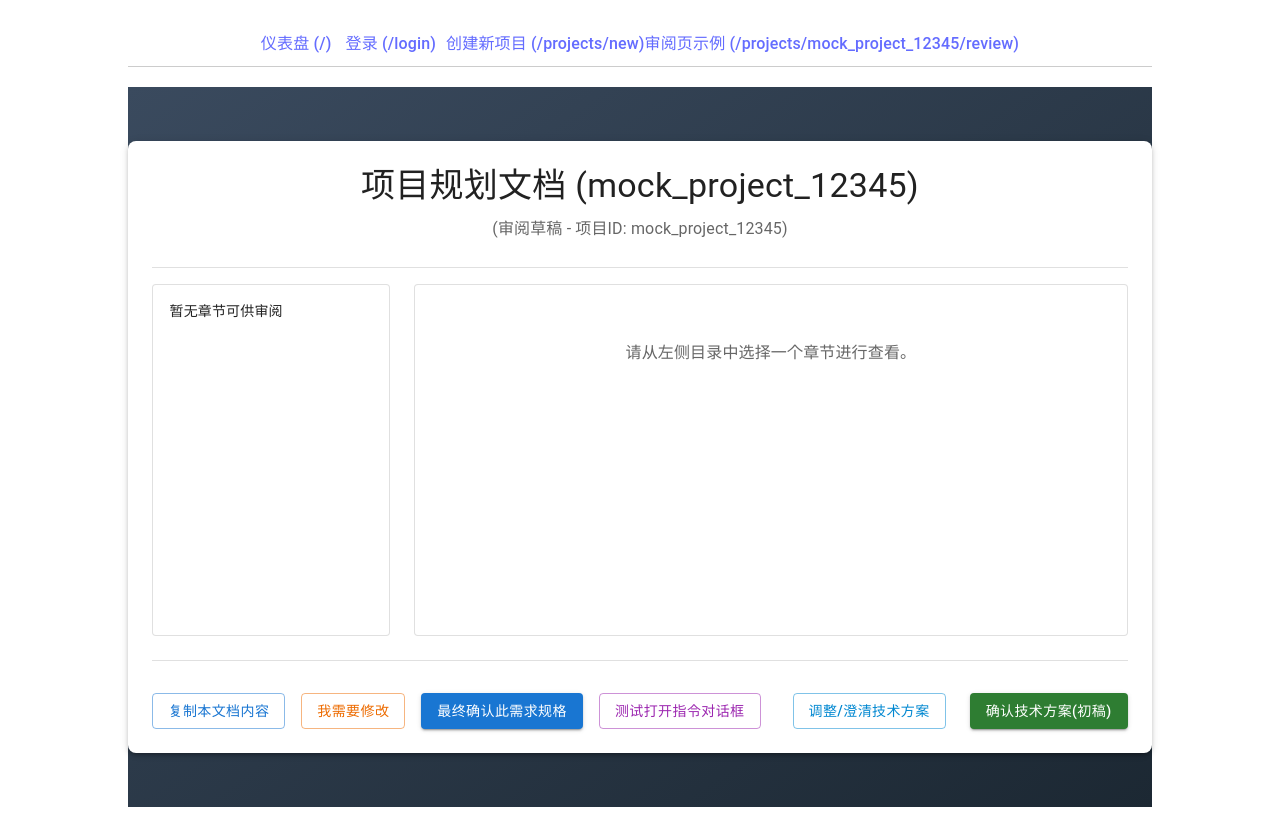
Repository: deloog/aipa
Page: /projects/mock_project_12345/review
An editor plug-in stored every save of this project. The page is shown before and after a run of saves, followed by the edit.
The browser window is 1280 px wide. The pictures show the whole page.
The project was rebuilt for these pictures with package versions that can differ from the ones it lists, and the page was loaded fresh each time. Also part of the build but not shown: vite.config.ts, src/pages/LoginPage.tsx, src/pages/DashboardPage.tsx, src/services/project.service.ts, src/services/dialogue.service.ts, src/pages/NewProjectPage.tsx, src/pages/DialoguePage.tsx, src/components/instructions/InstructionItem.tsx and 1 more.

Above is the page before, as saved 2025-05-28 20:16:52.

After the next 2 saves:
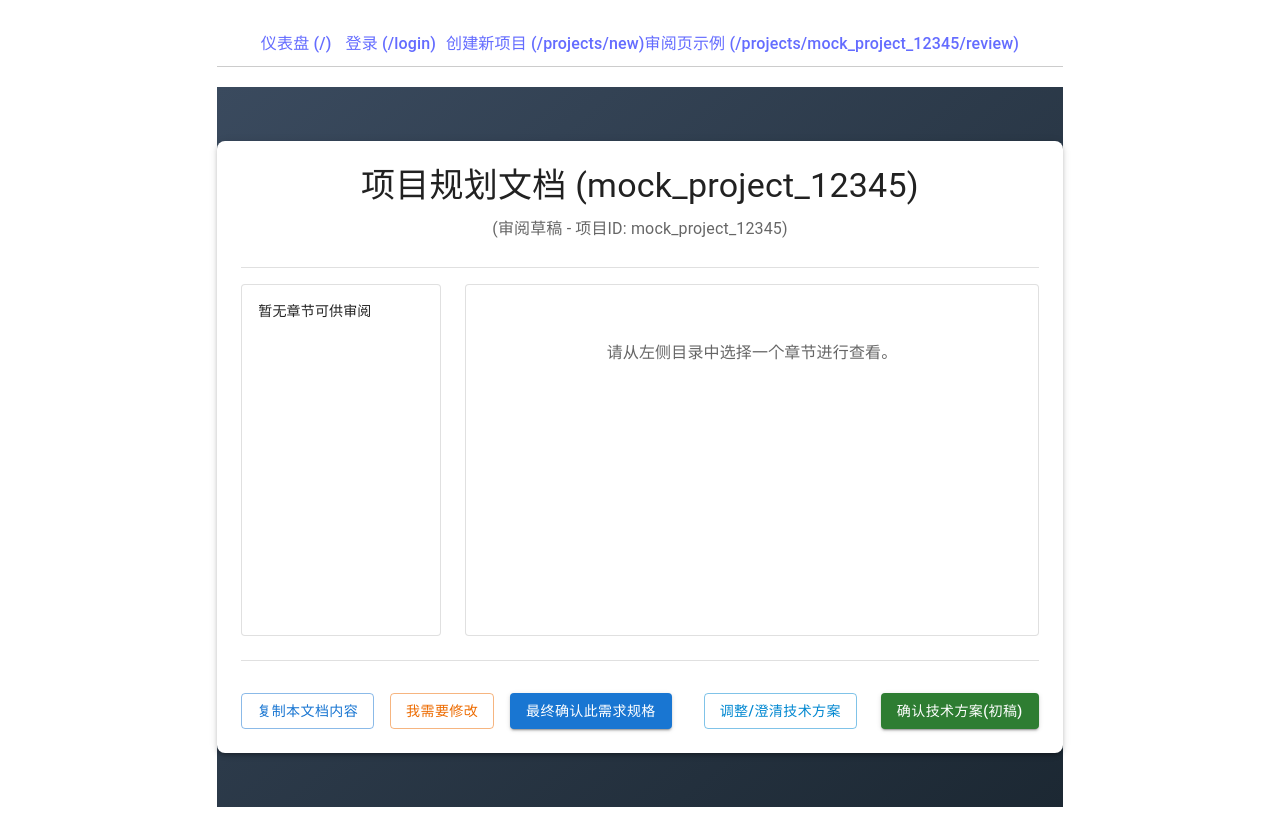
The 2 saves are shown as one change because they came seconds apart.
The last was saved 3 min 3 s later.
--- a/src/pages/PlanningDocumentViewerPage.tsx
+++ b/src/pages/PlanningDocumentViewerPage.tsx
@@ -332,24 +332,7 @@ const PlanningDocumentViewerPage: React.FC = () => {
           <Button variant="contained" color="primary" onClick={handleClickOpenConfirmDialog}>
             最终确认此需求规格
           </Button>
-          <Button
-    variant="outlined"
-    color="secondary"
-    onClick={() => {
-      setCurrentTaskInstructions([
-        {
-          stepNumber: 999,
-          purpose: '测试指令',
-          command: 'echo "这是一条测试指令"',
-          expectedOutcome: '应该显示这条指令'
-        }
-      ]);
-      setIsInstructionsDialogOpen(true);
-    }}
-  >
-    测试打开指令对话框
-    </Button>
-          <Button
+                    <Button
             variant="outlined"
             color="info" // 使用不同颜色区分
             onClick={() => {
